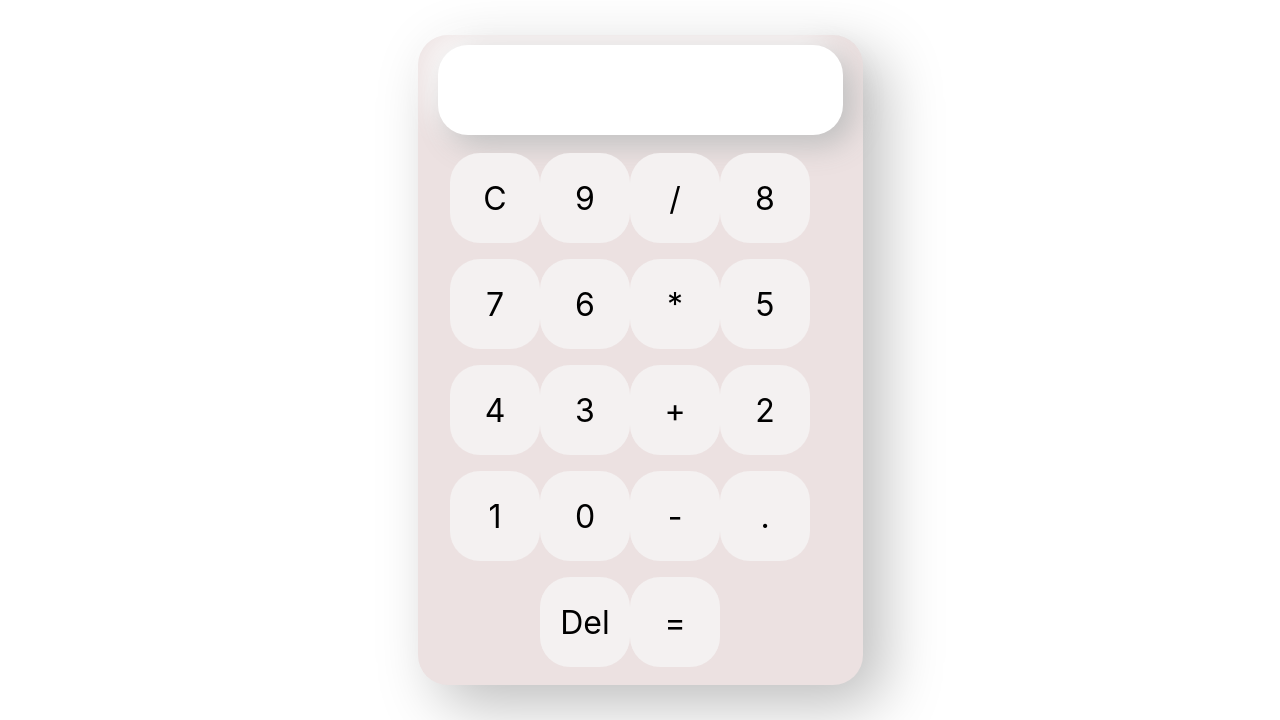
Repository: janidulnkg1/react-prac
Page: / (app in calculator/)
The author's editor kept a copy of each file at every save. The page is drawn from the files as they stood at one save, then again after the next save.
The browser window is 1280 px wide. The pictures show the whole page.
The project was rebuilt for these pictures with package versions that can differ from the ones it lists, and the page was loaded fresh each time. Also part of the build but not shown: calculator/src/App.css.

Above is the page before, as saved 2023-09-15 11:08:14.

After the next save:
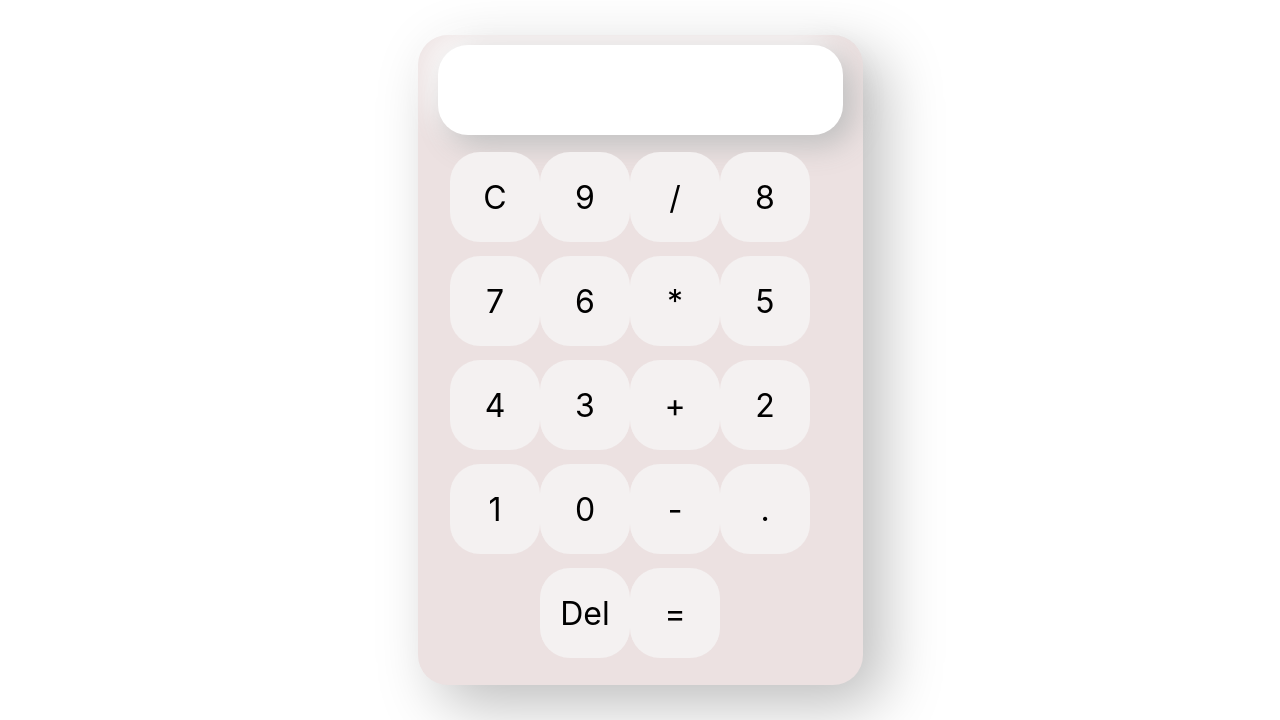
Saved 18 s later.
--- a/calculator/src/components/Home.module.css
+++ b/calculator/src/components/Home.module.css
@@ -45,7 +45,7 @@
 }
 
 .btns{
-    height: 530px;
+    height: 520px;
     width: 425px;
     display: flex;
     flex-flow: row wrap;
